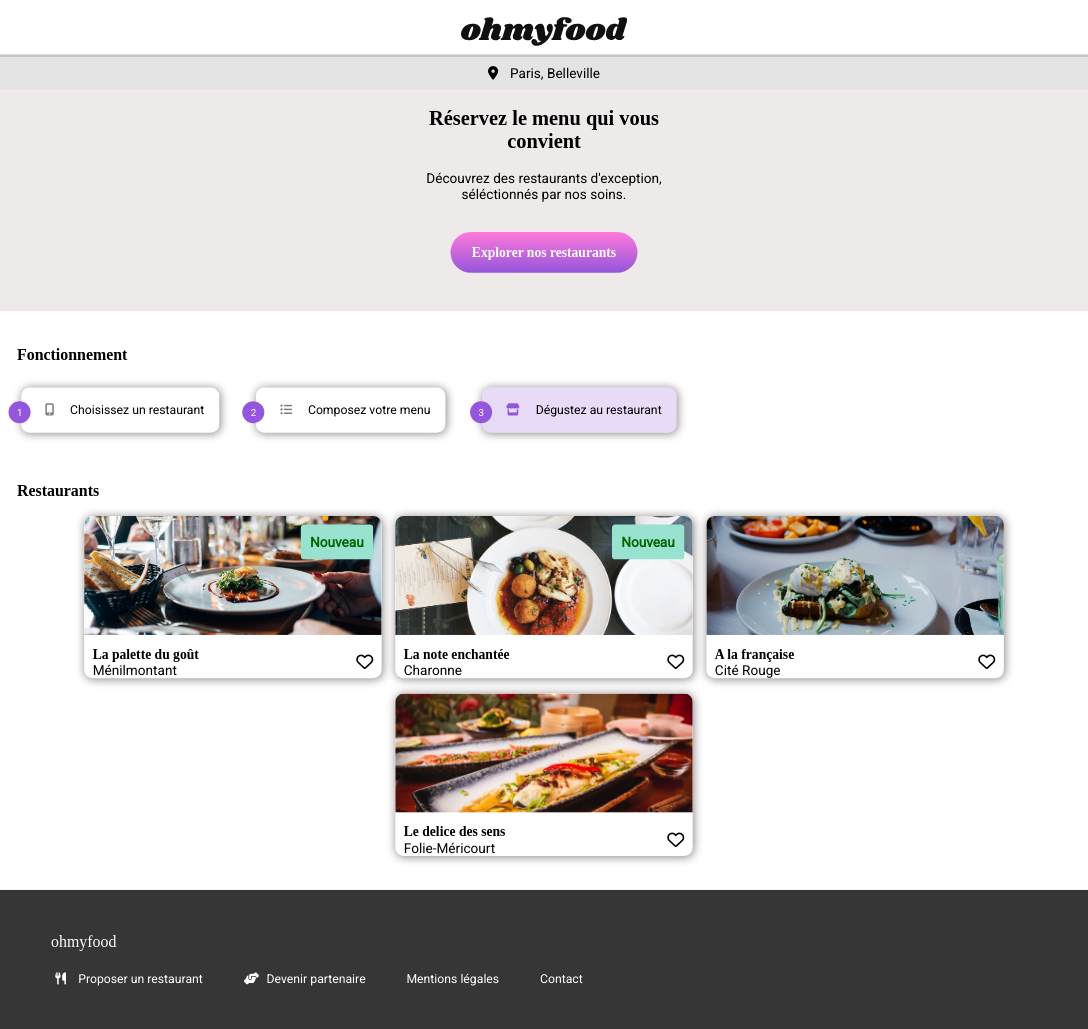
Repository: Micka-17/boimickael_3_16042021
Page: index.html
These files come from the project's save history. The page is drawn as it stood at one moment and after the next save; the edit follows.
The browser window is 1280 px wide. The pictures show the whole page, at 85% of full size.
Some web fonts or font styles are not loaded; a fallback is used. Some web libraries are served in a nearby version. The style sheet was rebuilt from its Sass, Less or Tailwind sources for each picture, by a compiler version that may differ from the author's.

Above is the page before, as saved 2021-05-25 08:51:04.

### index.html
<!DOCTYPE html>
<html lang="en">
<head>
    <meta charset="UTF-8">
    <meta http-equiv="X-UA-Compatible" content="IE=edge">
    <meta name="viewport" content="width=device-width, initial-scale=1.0">
    <link rel="stylesheet" href="css/style.css">
    <script src="https://kit.fontawesome.com/7f2b024bdc.js" crossorigin="anonymous"></script>
    <title>OhMyFood</title>
</head>
<body>
    <div id="backgroundloader">
        <div id="loader">
        </div>
    </div>
    <header>
        <div id="logo">
            <img src="images/logo/ohmyfood@2x.svg" alt="OhMyFood">
        </div>
    </header>
    <section id="sec-1">
        <div id="top">
            <div id="paris">
                <p><i class="fas fa-map-marker-alt icon"></i> Paris, Belleville</p>
            </div>
            <div id="reservation">
                <h2 id="center-top1">Réservez le menu qui vous convient</h2>
                <p id="center-top2">Découvrez des restaurants d'exception, séléctionnés par nos soins.</p>
                <a id="btn" href="#sec-3">Explorer nos restaurants</a>
            </div>
        </div>
    </section>
    <section id="sec-2">
        <div class="fonctionnement">
            <h3 class="h3s">Fonctionnement</h3>
            <ul class="bolder">
                <li><p id="number1">1</p><i class="fas fa-mobile-alt icon-top"></i> Choisissez un restaurant</li>
                <li><p id="number2">2</p><i class="fas fa-list-ul icon-top"></i> Composez votre menu</li>
                <li id="li-3"><p id="number3">3</p><i class="fas fa-store icon-top-purple"></i> Dégustez au restaurant</li>
            </ul>
        </div>
    </section>
    <section id="sec-3">
        <h3 class="h3s">Restaurants</h3>
        <div class="choice">
            <a href="pages/la_palette_du_gout.html">
            <div class="card">
                <p class="nouveau">Nouveau</p>
                <img id="new" class="imga" src="images/restaurants/la_palette_du_gout.jpg" alt="la_palette_du_gout">
                <div class="resto">
                    <div>
                        <h4>La palette du goût</h4>
                        <p>Ménilmontant</p>
                    </div>
                    <div class="loveclcik">
                        <i class="far fa-heart love fa-lg"></i>
                        <i class="fas fa-heart loves3"></i>
                    </div>
                </div>
            </div>
            </a>
            <a href="pages/la_note_enchantee.html">
            <div class="card">
                <p class="nouveau">Nouveau</p>
                <img class="imga" src="images/restaurants/la_note_enchantee.jpg" alt="la_note_enchantee">
                <div class="resto">
                    <div>
                        <h4>La note enchantée</h4>
                        <p>Charonne</p>
                    </div>
                    <div class="loveclcik">
                        <i class="far fa-heart love fa-lg"></i>
                        <i class="fas fa-heart loves3"></i>
                    </div>
                </div>
            </div>
            </a>
            <a href="pages/a_la_francaise.html">
            <div class="card">
                <img class="imga" src="images/restaurants/a_la_française.jpg" alt="a_la_française">
                <div class="resto">
                    <div>
                        <h4>A la française</h4>
                        <p>Cité Rouge</p>
                    </div>
                    <div class="loveclcik">
                        <i class="far fa-heart love fa-lg"></i>
                        <i class="fas fa-heart loves3"></i>
                    </div>
                </div>
            </div>
            </a>
            <a href="pages/le_delice_des_sens.html">
            <div class="card">
                <img class="imga" src="images/restaurants/le_delice_des_sens.jpg" alt="le_delice_des_sens">
                <div class="resto">
                    <div>
                        <h4>Le delice des sens</h4>
                        <p>Folie-Méricourt</p>
                    </div>
                    <div class="loveclcik">
                        <i class="far fa-heart love fa-lg"></i>
                        <i class="fas fa-heart loves3"></i>
                    </div>
                </div>
            </div>
            </a>
        </div>
    </section>
    <section id="end">
        <footer>
            <div class="end-ul">
                <h3 id="logo-white">ohmyfood</h3>
                <ul>
                    <li><i class="fas fa-utensils icon-footer"></i> Proposer un restaurant</li>
                    <li><i class="fas fa-hands-helping icon-footer"></i> Devenir partenaire</li>
                    <li>Mentions légales</li>
                    <a id="contact" href="mailto:contact@ohmyfood.com"><li>Contact</li></a>
                </ul>
            </div>
        </footer>
    </section>
</body>
</html>

### sass/style.scss
@import "./directories/Utils/variables-mixin";
@import "./directories/Base/main.scss";



ul {
    font-family: 'Roboto', sans-serif;
    font-size: 0.9em;
    @media (min-width: 430px) {
        max-width: 450px;
    }
        @media (min-width: 1000px) {
            display: flex;
            min-width: 100%;
        }
}

#backgroundloader {
    position: absolute;
    top: 0;
    left: 0;
    background-color: $color3;
    min-width: 100%;
    height: 100vh;
    animation: loader2 5s;
    animation-fill-mode: both;
  }
#loader {
    position: absolute;
    height: 70px;
    top: 50%;
    right: 50%;
    bottom: 50%;
    left: 50%;
    width: 64px;
    height: 64px;
    border-radius: 50%;
    border: 6px solid rgb(255, 255, 255);
    border-color: $color1 transparent $color2 transparent;
    animation: lds-dual-ring 0.8s infinite, loader 5s;
    animation-delay: 0.2s;
    animation-fill-mode: both;
  }

#contact {
    color: white;
}

.spacediv p {
    font-family: 'Roboto', sans-serif;
    text-overflow: ellipsis;
    overflow: hidden;
    white-space: nowrap;
}

#logo {
    display: flex;
    justify-content: center;
    margin-top: 20px;
    margin-bottom: 10px;
}

#paris {
    display: flex;
    justify-content: center;
    border-top: solid 3px rgba(128, 128, 128, 0.301);
    min-width: 321px;
    padding-top: 10px;
    padding-bottom: 10px;
    background-color: rgba(128, 128, 128, 0.212);
        .icon {
            margin-right: 10px;
        }
}

#reservation {
    display: flex;
    justify-content: center;
    flex-direction: column;
    place-items: center;
    background-color: rgb(238, 234, 234);
    padding-bottom: 45px;
        #btn {
            @include btn();
                &:hover {
                    filter: brightness(1.10);
                    box-shadow: 0px 0px 10px 5px gray;
                }
        }
}

#center-top1 {
    text-align: center;
    margin-top: 20px;
    max-width: 350px;
}

#center-top2 {
    margin-top: 20px;
    margin-bottom: 20px;
    text-align: center;
    max-width: 350px;
}


.icon-top {
    color: gray;
    margin-right: 15px;
    margin-left: 10px;
}

.icon-top-purple {
    color: $color1;
    margin-right: 15px;
    margin-left: 10px;
}

#li-3 {
    background-color: #9256dc36;
}

li {
    background-color: #ffffff;
    border-radius: 10px;
    padding: 18px;
    margin: 18px;
    margin-left: 25px;
    box-shadow: 1px 1px 10px 1px rgb(151, 145, 145);
        #number1 {
            position: absolute;
            top: 462px;
            left: 10px;
            background-color: $color1;
            border-radius: 50px;
            padding: 6px 10px;
            font-size: 0.8em;
            color: white;
                @media (min-width: 1000px) {
                    top: 472px;
                    left: 10px;
                }
        }
            #number2 {
                position: absolute;
                top: 534px;
                left: 10px;
                background-color: $color1;
                border-radius: 50px;
                padding: 6px 10px;
                font-size: 0.8em;
                color: white;
                    @media (min-width: 1000px) {
                        top: 472px;
                        left: 285px;
                    }
            }
                #number3 {
                    position: absolute;
                    top: 607px;
                    left: 10px;
                    background-color: $color1;
                    border-radius: 50px;
                    padding: 6px 10px;
                    font-size: 0.8em;
                    color: white;
                        @media (min-width: 1000px) {
                            top: 472px;
                            left: 553px;
                        }
                }
}

.card {
    background-color: #ffffff;
    border-radius: 10px;
    padding: 0px;
    margin: 8px;
    box-shadow: 1px 1px 10px 1px rgb(151, 145, 145);
        @media (min-width: 375px) {
            min-width: 350px;
        }
}

.imga {
    object-fit: cover;
    border-radius: 10px 10px 0px 0px;
    min-width: 280px;
    max-height: 140px;
    min-height: 140px;
    @media (min-width: 375px) {
        min-width: 100%;
    }
    @media (min-width: 414px) {
        min-width: 100%;
    }
}
.card {
    position: relative;
}
.nouveau {
    position: absolute;
    padding: 0.7rem;
    border-radius: 0.25rem;
    color: darkgreen;
    font-weight: bold;
    right: 10px;
    top: 10px;
    background-color: #99e2d0;
}

.h3s {
    margin: 40px 0px 10px 20px;

}

.choice {
    display: flex;
    flex-direction: column;
    place-items: center;
        .resto {
            display: flex;
            justify-content: space-between;
            align-items: center;
            margin: 10px;
        }
            @media (min-width: 630px) {
                flex-wrap: wrap;
                flex-direction: row;
                justify-content: center;
            }
}


footer {
    margin-top: 30px;
    padding: 10px;
    background-color: rgb(54, 54, 54);
    color: white;
        #logo-white {
            font-family: 'Shrikhand', cursive;
            font-weight: 300;
            margin-bottom: 15px;
            margin-left: 20px;
            margin-top: 10px;
        }
            li {
                background-color: transparent;
                border-radius: 0;
                padding: 5px;
                margin-left: 20px;
                box-shadow: none;
                display: flex;
                margin-top: 5px;
                margin-bottom: 5px;
            }
                .icon-footer {
                    max-width: 2px;
                    max-height: 2px;
                    margin-right: 25px;
                }
                    @media (min-width:1000px) {
                        padding: 40px;
                    }
}


//pages 2

.img-top {
    min-width: 100%;
    max-height: 510px;
}

.arrow {
    position: absolute;
    left: 20px;
    top: 30px;
    color: rgba(0, 0, 0, 0.801);
}
#margtitle {
    margin-left: 15px;
    max-width: 220px;
}
img {
    object-fit: cover;
    max-width: 320px;
}
.titlemargall {
    margin-top: 30px;
    margin-left: 15px;
    border-bottom: solid rgba(55, 224, 55, 0.541);
    max-width: 30px;
}
#middle {
    position: absolute;
    top: 240px;
    min-width: 100%;
    min-height: 980px;
    background-color: rgb(231, 229, 229);
    border-radius: 20px 20px 0px 0;
    padding-top: 30px;
     .entrees {
        @include centre();
        @include capsule();
     }
        .bold {
            font-weight: bold;
            font-size: 1em;
        }
        .bolder {
            font-weight: bold;
            font-size: 0.6m;
                @media (min-width: 1000px) {
                    margin: 15px;
                }
        }
            p {
                font-size: 0.7em;
            }
                .loves1 {
                    position: absolute;
                    right: 15px;
                    color: gray
                }
}

.loves2 {
    display: none;
    opacity: 0;
    background: linear-gradient(0deg,#9356dc,#ff79da);
    background-clip: text;
    -webkit-background-clip: text;
    -moz-background-clip: text;
    -webkit-text-fill-color: transparent;
    position: absolute;
    right: 15px;
}
#margtitle:hover .loves2 {
    animation: fadeout;
    opacity: 1;
    animation-duration: .5s;
    display: inline-block;
    justify-content: center;
}

.loves3 {
    display: none;
    opacity: 0;
    background: linear-gradient(0deg,#9356dc,#ff79da);
    background-clip: text;
    -webkit-background-clip: text;
    -moz-background-clip: text;
    -webkit-text-fill-color: transparent;
    position: absolute;
    right: 8px;
    bottom: 18px;
}
.loveclcik:hover .loves3 {
    animation: fadeout2;
    opacity: 1;
    animation-duration: .5s;
    display: inline-block;
    justify-content: center;
    font-size: 1.5em;
}

#entrees {
    animation: slideup 1s;
    animation-duration: 1s;
}
#plats {
    animation: slideup 1s;
    animation-duration: 5s;
}
#desserts {
    animation: slideup 1s;
    animation-duration: 8s;
}


.entrees, .plats, .desserts {
    cursor: pointer;
        @media (max-width:321px) {
            width: 300px;
        }
        @media (max-width:378px) {
            max-width: 100%;
        }
        @media (max-width:414px) {
            max-width: 100%;
        }
        @media (min-width: 1000px) {
            min-width: 30%;
            min-height: 90px;
            width: 100%;
        }
}

.spacediv {
    width: 100%;
    overflow: hidden;
    @include spacediv();
        @media (min-width: 1000px) {
            justify-content: space-evenly;
        }
}
.plats {
    @include capsule();
    @include centre();
}
.desserts {
    @include capsule();
    @include centre();
}

.responsive {
    @media (min-width: 1000px) {
        display: flex;
        justify-content: center;
    }
}

.responsive-entrees {
    @media (min-width: 1000px) {
        display: flex;
        justify-content: center;
        flex-wrap: wrap;
    }
}

#btnp2 {
    @include btn();
    margin-top: 40px;
        &:hover {
            filter: brightness(1.10);
            box-shadow: 0px 0px 10px 5px gray;
        }
         @media (min-width: 1000px) {
            margin-top: 150px;
         }
}

#placement-btn {
    display: flex;
    justify-content: center;
    place-items: center;
}

.end1 {
    position: absolute;
    top: 1151px;
    min-width: 100%;
}

//page la note enchantee

 .align-price{
    display: flex;
    align-items: flex-end;
    margin-bottom: 8px;
    margin-right: 8px;
}

.check {
    width: 0px;
    transition-duration: 1s;
    font-size: 1.5em;
     & i {
        display: none;
        place-items: center;
        color: white;
     }
}

.entrees:hover .check {
    width: 90px;
    height: 51px;
    background-color: $color3;
    display: flex;
    justify-content: center;
    border-radius: 0 20% 20% 0;
        @media (max-width: 1000px) {
            width: 65px;
        }
            & .rotation {
                display: flex;
                place-items: center;
            }
                & .rond {
                    display: flex;
                    place-items: center;
                    transform-origin: center;
                    animation: spin;
                    animation-duration: 1s;
                }
                    @media (min-width: 1000px) {
                        height: 90px;
                        border-radius: 0 10% 10% 0;
                    }
}


.plats:hover .check {
    width: 90px;
    height: 51px;
    background-color: $color3;
    display: flex;
    justify-content: center;
    border-radius: 0 20% 20% 0;
        @media (max-width: 1000px) {
            width: 65px;
        }
            & .rotation {
                display: flex;
                place-items: center;
            }
                & .rond {
                    display: flex;
                    place-items: center;
                    transform-origin: center;
                    animation: spin;
                    animation-duration: 1s;
                }
                    @media (min-width: 1000px) {
                        height: 90px;
                        border-radius: 0 10% 10% 0;
                    }
}

.desserts:hover .check {
    width: 90px;
    height: 51px;
    background-color: $color3;
    display: flex;
    justify-content: center;
    border-radius: 0 20% 20% 0;
        @media (max-width: 1000px) {
            width: 65px;
        }
            & .rotation {
                display: flex;
                place-items: center;
            }
                & .rond {
                    display: flex;
                    place-items: center;
                    transform-origin: center;
                    animation: spin;
                    animation-duration: 1s;
                }
                    @media (min-width: 1000px) {
                        height: 90px;
                        border-radius: 0 10% 10% 0;
                    }
}

### sass/directories/Utils/_variables-mixin.scss
$color1: #9356DC;
$color2: #FF79DA;
$color3: #99E2D0;

@mixin centre {
    display: flex;
    justify-content: space-between;
}

@mixin capsule {
    background-color: whitesmoke;
    border-radius: 10px;
    box-shadow: 1px 1px 10px 1px rgb(226, 226, 226);
    margin: 10px;
    overflow: hidden;
}
 @mixin spacediv {
    min-height: 35px;
    display: flex;
    flex-direction: column;
    justify-content: space-between;
    padding: 8px;
 }
@mixin btn {
    background: linear-gradient($color2, $color1);
    border-radius: 50px;
    border: none;
    box-shadow: gray;
    color: white;
    font-weight: bold;
    max-width: 200px;
    min-width: 200px;
    margin-top: 15px;
    padding: 15px 10px;
    text-align: center;
    text-decoration: none
}

@keyframes fadein {
    from {
        transform: scaleX(0);
    }

    to {
        transform: scaleX(1);
    }
}

@keyframes fadeout {
    from {
        transform: scaleY(0);
    }

    to {
        transform: scaleY(1);
    }
}
@keyframes fadeout2 {
    from {
        transform: scale(0);
    }

    to {
        transform: scale(1.5);
    }
}

@keyframes spin {
    from {
        transform: rotate(0deg);
    } to {
        transform: rotate(360deg);
    }
}

@keyframes slideup {
    from {
        transform: translateY(50px);
        opacity: 0;
    }
    to {
        transform: translateY(0px);
        opacity: 1;
    }
}


 @keyframes lds-dual-ring {
    0% {
      transform: rotate(0deg);
    }
    50% {
        transform: rotate(180deg);
        opacity: 10%;
      }
    100% {
      transform: rotate(360deg);
    }
  }

@keyframes loader {
    0% {
    opacity: 100%;
    }
    99% {
        opacity: 100%;
    }
    100% {
        opacity: 100%;
        z-index: -1000;
    }
}

@keyframes loader2 {
    0% {
    opacity: 100%;
    z-index: 9999;
    }
    99% {
        opacity: 0;
        z-index: -1000;
    }
    100% {
        opacity: 0;
        z-index: -1000;
    }
}

### sass/directories/Base/main.scss
@import url('https://fonts.googleapis.com/css2?family=Roboto&family=Shrikhand&display=swap');

* {
    margin: 0;
    padding: 0;
    text-decoration: none;
    list-style-type: none;
}
#margtitle {
    font-family: Shrikhand;
    font-weight: 100;
    font-size: 1.2em;
}
p {
    font-family: 'Roboto', sans-serif;
}
a {
    text-decoration: none;
    list-style: none;
    color: rgb(0, 0, 0);
}

After the next save:
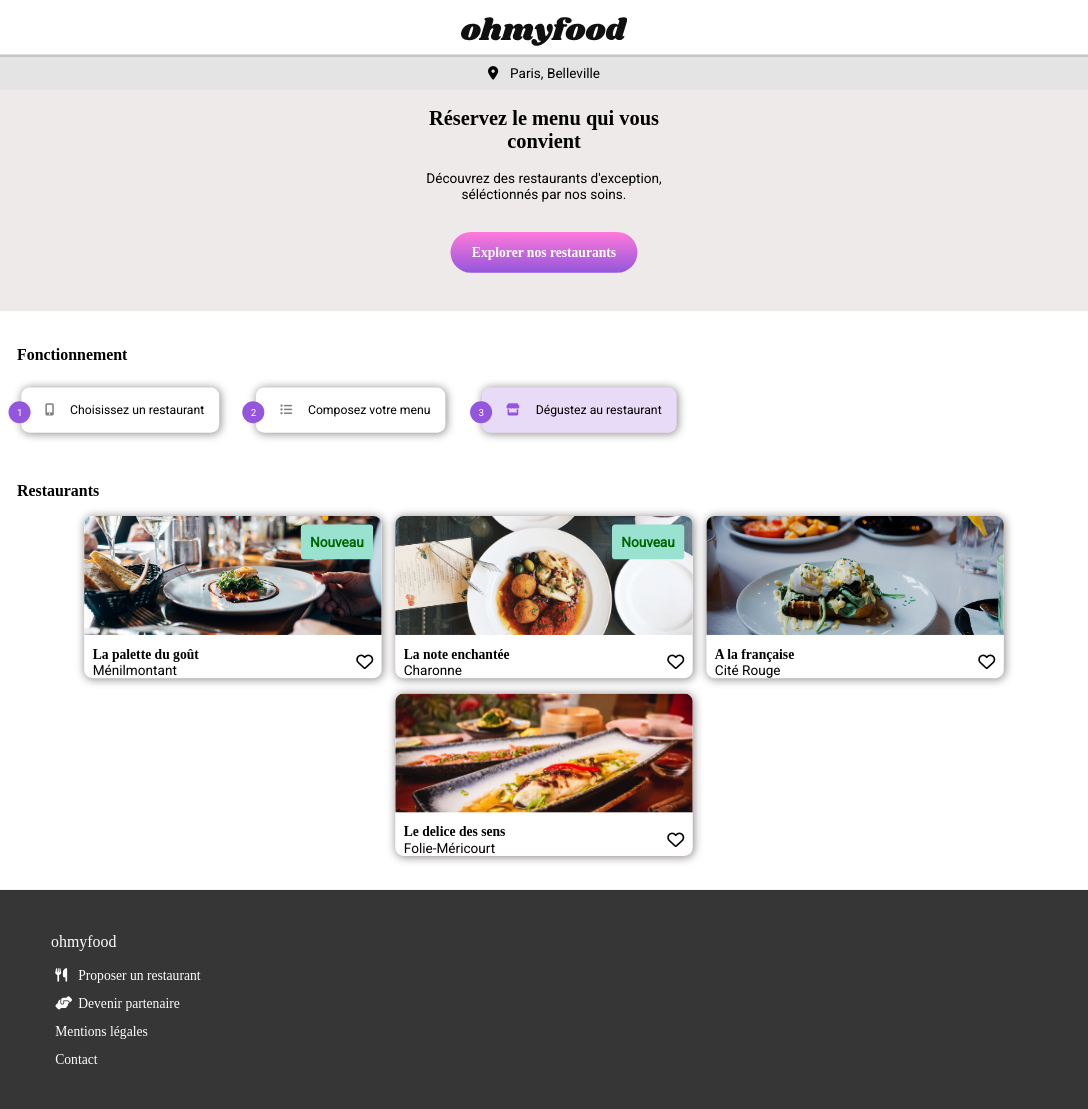
Saved 43 s later.
--- a/index.html
+++ b/index.html
@@ -111,7 +111,7 @@
         <footer>
             <div class="end-ul">
                 <h3 id="logo-white">ohmyfood</h3>
-                <ul>
+                <div>
                     <li><i class="fas fa-utensils icon-footer"></i> Proposer un restaurant</li>
                     <li><i class="fas fa-hands-helping icon-footer"></i> Devenir partenaire</li>
                     <li>Mentions légales</li>
